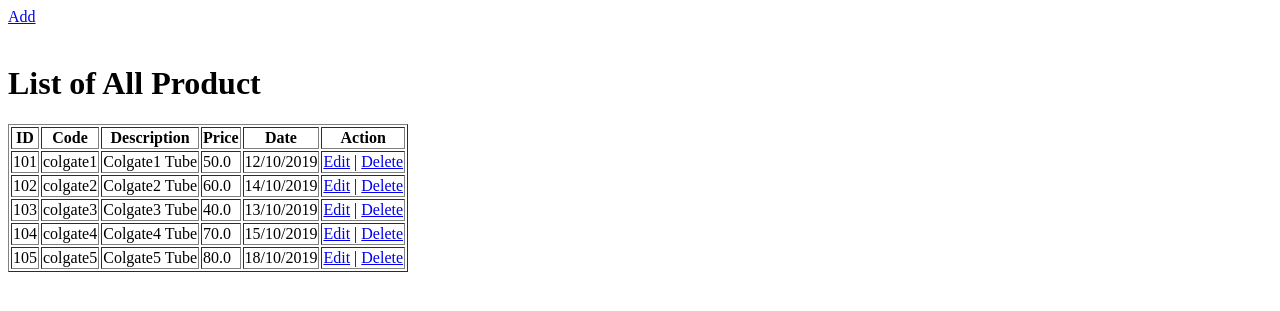
Repository: priyankamergu/MyAllProjects
Page: http://localhost/OnlineShopping/ProductController
An editor plug-in stored every save of this project. The page is shown before and after the next save, followed by the edit.
The browser window is 1280 px wide. The pictures show the whole page.
The page is served by Tomcat 9.

Above is the page before, as saved 2019-11-19 08:08:26.

After the next save:
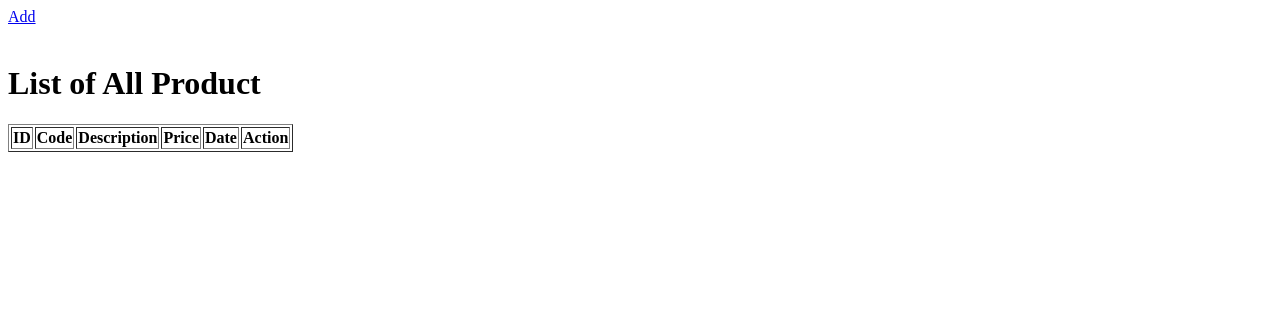
Saved 13 min 1 s later.
--- a/Workspace_JEE7_WEB/OnlineShopping/WebContent/ProductList.jsp
+++ b/Workspace_JEE7_WEB/OnlineShopping/WebContent/ProductList.jsp
@@ -27,7 +27,7 @@
 	<th>Date</th>
 	<th>Action</th>
 	</tr>
-<c:forEach items="${productList}" var="product">
+<c:forEach items="${productListDataBase}" var="product">
 <tr>
 <td>${product.id}</td>
 <td>${product.code}</td>
